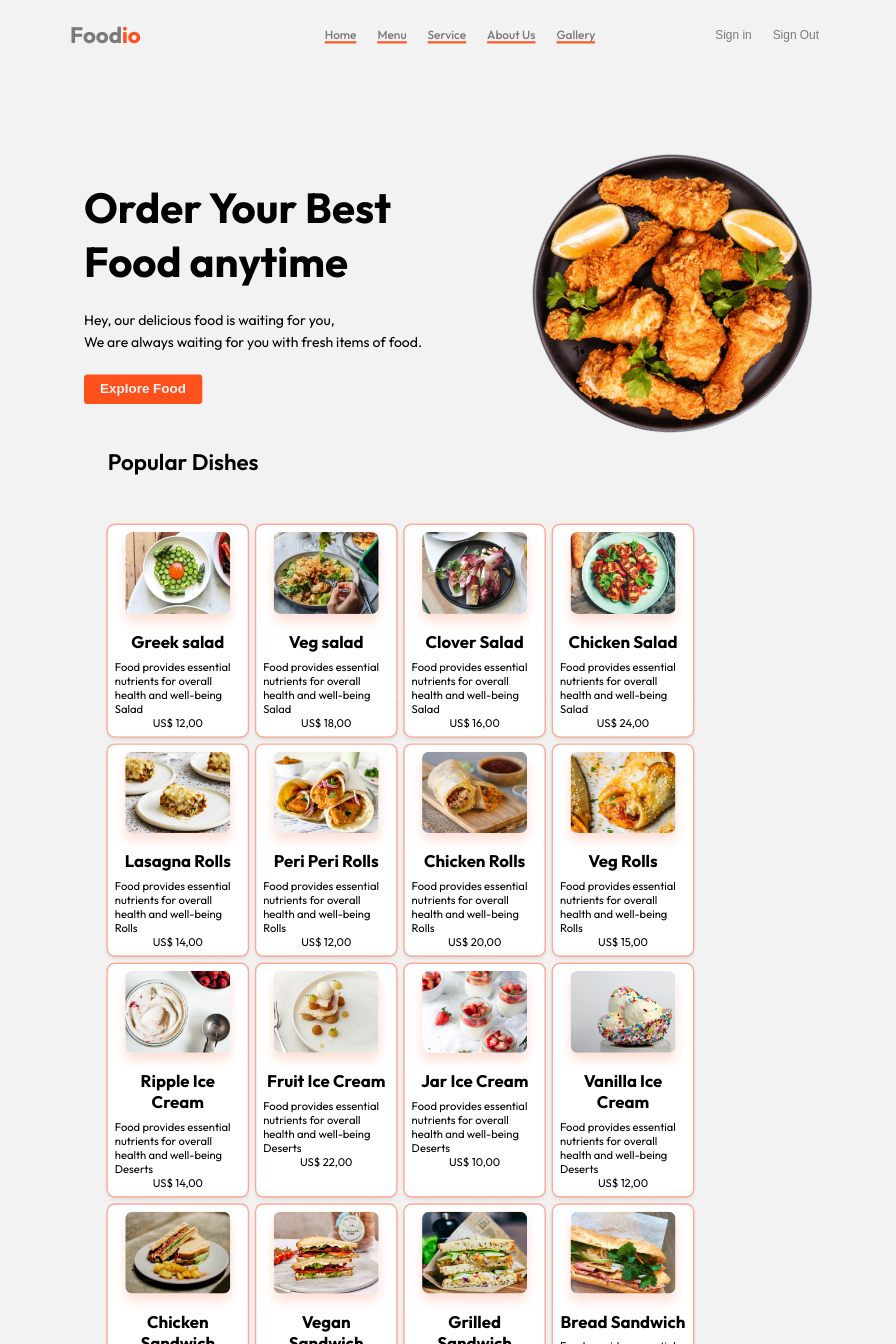
Repository: guilhermecardoso93/foodio
Page: /
An editor plug-in stored every save of this project. The page is shown before and after the next save, followed by the edit.
The browser window is 1280 px wide. The pictures show the part of the page from y = 0 to 1920 px (the page is 3417 px tall before and 3609 px after), at 70% of full size.
The project was rebuilt for these pictures with package versions that can differ from the ones it lists, and the page was loaded fresh each time. Also part of the build but not shown: vite.config.js, src/index.css.

Above is the page before, as saved 2024-11-05 20:20:39.

### index.html
<!doctype html>
<html lang="en">

<head>
    <meta charset="UTF-8" />
    <link rel="icon" type="image/svg+xml" href="/" />
    <link rel="preconnect" href="https://fonts.googleapis.com">
    <link rel="preconnect" href="https://fonts.gstatic.com" crossorigin>
    <link href="https://fonts.googleapis.com/css2?family=Inter:ital,opsz,wght@0,14..32,100..900;1,14..32,100..900&family=Outfit:wght@100..900&display=swap" rel="stylesheet">
    <meta name="viewport" content="width=device-width, initial-scale=1.0" />
    <title>Foodio</title>
</head>

<body>
    <div id="root"></div>
    <script type="module" src="/src/main.jsx"></script>
</body>

</html>

### src/main.jsx
import { StrictMode } from "react";
import { createRoot } from "react-dom/client";
import { App } from "./App.jsx";

import "./index.css";
createRoot(document.getElementById("root")).render(
  <StrictMode>
    <App />
  </StrictMode>
);

### src/App.jsx
import "./App.css";
import { Main } from "./components/Main";
import { Menu } from "./components/Menu";

export function App() {
  return (
    <>
      <Menu />
      <Main />
    </>
  );
}

### src/App.css
*, ::after, ::before {
  margin: 0;
  padding: 0;
  box-sizing: border-box;
}

body {
  margin: 0 100px;
  background-color: #f2f2f2;
  font-family: "Outfit", serif;
}

### src/components/Main/index.jsx
import imagem1 from "../../assets/images/image1.png";
import imagem5 from "../../assets/images/image5.png";
import { food_list } from "../../assets/assets";
import { CardItem } from "../CardItem";

import "./styles.css";

export function Main() {
  return (
    <main>
      <section className="grid">
        <div className="content">
          <div className="content-left">
            <div className="info">
              <h2>
                Order Your Best
                <br />
                Food anytime
              </h2>
              <p>
                Hey, our delicious food is waiting for you, <br /> We are always
                waiting for you with fresh items of food.
              </p>
            </div>
            <button>Explore Food</button>
          </div>
          <div className="content-right">
            <img src={imagem1} alt="" />
            <img src={imagem5} alt="" />
            <img src={imagem1} alt="" />{" "}
          </div>
        </div>
      </section>
      <section className="category">
        <div className="list-items">
          <h3>Popular Dishes</h3>
          <div className="card-list">
            {food_list.map((item, index) => {
              return (
                <CardItem
                  image={item.image}
                  name={item.name}
                  price={item.price}
                  description={item.description}
                  category={item.category}
                  key={index}
                />
              );
            })}
          </div>
        </div>
      </section>
    </main>
  );
}

### src/components/Menu/index.jsx
import "./styles.css";

export function Menu() {
  function toggleMenu() {}

  return (
    <div className="navbar">
      <div className="navbar-logo">
        <h1>
          Food<b>io</b>
        </h1>
      </div>
      <div className="hamburguer" onClick={toggleMenu()}>
        <span className="bar"></span>
        <span className="bar"></span>
        <span className="bar"></span>
      </div>
      <ul className="navbar-link">
        <li className="active">
          <a href="/">Home</a>
        </li>
        <li className="active">
          <a href="/">Menu</a>
        </li>
        <li className="active">
          <a href="/">Service</a>
        </li>
        <li className="active">
          <a href="/">About Us</a>
        </li>
        <li className="active">
          <a href="/">Gallery</a>
        </li>
      </ul>
      <div className="auth-buttons">
        <input type="submit" className="sign" value="Sign in" name="signin" />
        <input type="submit" className="sign" value="Sign Out" name="signout" />
      </div>
    </div>
  );
}

### src/assets/assets.js

import food_1 from './food/food_1.png'
import food_2 from './food/food_2.png'
import food_3 from './food/food_3.png'
import food_4 from './food/food_4.png'
import food_5 from './food/food_5.png'
import food_6 from './food/food_6.png'
import food_7 from './food/food_7.png'
import food_8 from './food/food_8.png'
import food_9 from './food/food_9.png'
import food_10 from './food/food_10.png'
import food_11 from './food/food_11.png'
import food_12 from './food/food_12.png'
import food_13 from './food/food_13.png'
import food_14 from './food/food_14.png'
import food_15 from './food/food_15.png'
import food_16 from './food/food_16.png'
import food_17 from './food/food_17.png'
import food_18 from './food/food_18.png'
import food_19 from './food/food_19.png'
import food_20 from './food/food_20.png'
import food_21 from './food/food_21.png'
import food_22 from './food/food_22.png'
import food_23 from './food/food_23.png'
import food_24 from './food/food_24.png'
import food_25 from './food/food_25.png'
import food_26 from './food/food_26.png'
import food_27 from './food/food_27.png'
import food_28 from './food/food_28.png'
import food_29 from './food/food_29.png'
import food_30 from './food/food_30.png'
import food_31 from './food/food_31.png'
import food_32 from './food/food_32.png'


export const food_list = [
    {
        _id: "1",
        name: "Greek salad",
        image: food_1,
        price: 12,
        description: "Food provides essential nutrients for overall health and well-being",
        category: "Salad"
    },
    {
        _id: "2",
        name: "Veg salad",
        image: food_2,
        price: 18,
        description: "Food provides essential nutrients for overall health and well-being",
        category: "Salad"
    }, {
        _id: "3",
        name: "Clover Salad",
        image: food_3,
        price: 16,
        description: "Food provides essential nutrients for overall health and well-being",
        category: "Salad"
    }, {
        _id: "4",
        name: "Chicken Salad",
        image: food_4,
        price: 24,
        description: "Food provides essential nutrients for overall health and well-being",
        category: "Salad"
    }, {
        _id: "5",
        name: "Lasagna Rolls",
        image: food_5,
        price: 14,
        description: "Food provides essential nutrients for overall health and well-being",
        category: "Rolls"
    }, {
        _id: "6",
        name: "Peri Peri Rolls",
        image: food_6,
        price: 12,
        description: "Food provides essential nutrients for overall health and well-being",
        category: "Rolls"
    }, {
        _id: "7",
        name: "Chicken Rolls",
        image: food_7,
        price: 20,
        description: "Food provides essential nutrients for overall health and well-being",
        category: "Rolls"
    }, {
        _id: "8",
        name: "Veg Rolls",
        image: food_8,
        price: 15,
        description: "Food provides essential nutrients for overall health and well-being",
        category: "Rolls"
    }, {
        _id: "9",
        name: "Ripple Ice Cream",
        image: food_9,
        price: 14,
        description: "Food provides essential nutrients for overall health and well-being",
        category: "Deserts"
    }, {
        _id: "10",
        name: "Fruit Ice Cream",
        image: food_10,
        price: 22,
        description: "Food provides essential nutrients for overall health and well-being",
        category: "Deserts"
    }, {
        _id: "11",
        name: "Jar Ice Cream",
        image: food_11,
        price: 10,
        description: "Food provides essential nutrients for overall health and well-being",
        category: "Deserts"
    }, {
        _id: "12",
        name: "Vanilla Ice Cream",
        image: food_12,
        price: 12,
        description: "Food provides essential nutrients for overall health and well-being",
        category: "Deserts"
    },
    {
        _id: "13",
        name: "Chicken Sandwich",
        image: food_13,
        price: 12,
        description: "Food provides essential nutrients for overall health and well-being",
        category: "Sandwich"
    },
    {
        _id: "14",
        name: "Vegan Sandwich",
        image: food_14,
        price: 18,
        description: "Food provides essential nutrients for overall health and well-being",
        category: "Sandwich"
    }, {
        _id: "15",
        name: "Grilled Sandwich",
        image: food_15,
        price: 16,
        description: "Food provides essential nutrients for overall health and well-being",
        category: "Sandwich"
    }, {
        _id: "16",
        name: "Bread Sandwich",
        image: food_16,
        price: 24,
        description: "Food provides essential nutrients for overall health and well-being",
        category: "Sandwich"
    }, {
        _id: "17",
        name: "Cup Cake",
        image: food_17,
        price: 14,
        description: "Food provides essential nutrients for overall health and well-being",
        category: "Cake"
    }, {
        _id: "18",
        name: "Vegan Cake",
        image: food_18,
        price: 12,
        description: "Food provides essential nutrients for overall health and well-being",
        category: "Cake"
    }, {
        _id: "19",
        name: "Butterscotch Cake",
        image: food_19,
        price: 20,
        description: "Food provides essential nutrients for overall health and well-being",
        category: "Cake"
    }, {
        _id: "20",
        name: "Sliced Cake",
        image: food_20,
        price: 15,
        description: "Food provides essential nutrients for overall health and well-being",
        category: "Cake"
    }, {
        _id: "21",
        name: "Garlic Mushroom ",
        image: food_21,
        price: 14,
        description: "Food provides essential nutrients for overall health and well-being",
        category: "Pure Veg"
    }, {
        _id: "22",
        name: "Fried Cauliflower",
        image: food_22,
        price: 22,
        description: "Food provides essential nutrients for overall health and well-being",
        category: "Pure Veg"
    }, {
        _id: "23",
        name: "Mix Veg Pulao",
        image: food_23,
        price: 10,
        description: "Food provides essential nutrients for overall health and well-being",
        category: "Pure Veg"
    }, {
        _id: "24",
        name: "Rice Zucchini",
        image: food_24,
        price: 12,
        description: "Food provides essential nutrients for overall health and well-being",
        category: "Pure Veg"
    },
    {
        _id: "25",
        name: "Cheese Pasta",
        image: food_25,
        price: 12,
        description: "Food provides essential nutrients for overall health and well-being",
        category: "Pasta"
    },
    {
        _id: "26",
        name: "Tomato Pasta",
        image: food_26,
        price: 18,
        description: "Food provides essential nutrients for overall health and well-being",
        category: "Pasta"
    }, {
        _id: "27",
        name: "Creamy Pasta",
        image: food_27,
        price: 16,
        description: "Food provides essential nutrients for overall health and well-being",
        category: "Pasta"
    }, {
        _id: "28",
        name: "Chicken Pasta",
        image: food_28,
        price: 24,
        description: "Food provides essential nutrients for overall health and well-being",
        category: "Pasta"
    }, {
        _id: "29",
        name: "Buttter Noodles",
        image: food_29,
        price: 14,
        description: "Food provides essential nutrients for overall health and well-being",
        category: "Noodles"
    }, {
        _id: "30",
        name: "Veg Noodles",
        image: food_30,
        price: 12,
        description: "Food provides essential nutrients for overall health and well-being",
        category: "Noodles"
    }, {
        _id: "31",
        name: "Somen Noodles",
        image: food_31,
        price: 20,
        description: "Food provides essential nutrients for overall health and well-being",
        category: "Noodles"
    }, {
        _id: "32",
        name: "Cooked Noodles",
        image: food_32,
        price: 15,
        description: "Food provides essential nutrients for overall health and well-being",
        category: "Noodles"
    }
]

### src/components/CardItem/index.jsx
import "./styles.css";

export function CardItem({ image, name, price, description, category }) {
  function formatarPreco(valor) {
    return new Intl.NumberFormat("pt-BR", {
      style: "currency",
      currency: "USD",
    }).format(valor);
  }

  return (
    <div className="card">
      <img src={image} alt="" />
      <div className="title">
        <h1>{name}</h1>
      </div>
      <div className="desc-food">
        <p>{description}</p>
        <p>{category}</p>
      </div>
      <div className="price">
        <span>{formatarPreco(price)}</span>
      </div>
    </div>
  );
}

### src/components/Main/styles.css
.content {
  display: grid;
  grid-template-columns: 50% auto;
  margin-top: 100px;
  gap: 30px;
  align-items: center;
  justify-content: space-between;
  width: 100%;
}

.content-left {
  display: block;
  width: 100%;
}

.content-left .info {
  max-width: 100%;
  display: flex;
  flex-direction: column;
}

.content-left .info h2 {
  font-size: 60px;
  margin-bottom: 30px;
}

.content-left .info p {
  font-size: 20px;
  line-height: 2pc;
  margin-bottom: 30px;
}

.content-left button {
  padding: 10px 23px;
  background-color: #ff511c;
  color: #f2f2f2;
  border-radius: 5px;
  border: none;
  cursor: pointer;
  font-weight: 600;
  font-size: 1.2rem;
  margin-bottom: 5px;
}

.content-left button:hover {
  color: #ff511c;
  background-color: #f2f2f2;
  border: solid 2px #ff511c;
  padding: 8px 21px;
}

.grid {
  width: 100%;
  max-width: 1200px;
  margin: 0 auto;
  padding: 20px;
}

.content-right {
  position: relative;
  height: 400px;
  width: 400px;
  display: flex;
  justify-content: center;
  align-items: center;
}

.content-right img {
  position: absolute;
  width: 100%;
  height: 100%;
  object-fit: cover;
  opacity: 0;
  animation: imageSwitch 15s infinite, rotate 3s linear infinite;
  transform-origin: center center;
}

.content-right img:nth-child(1) {
  animation-delay: 0s;
}

.content-right img:nth-child(2) {
  animation-delay: 5s;
}

.content-right img:nth-child(3) {
  animation-delay: 10s;
}

@keyframes rotate {
  from {
    transform: rotate(0deg);
  }

  to {
    transform: rotate(360deg);
  }
}

@keyframes imageSwitch {
  0%, 33% {
    opacity: 1;
  }

  34%, 100% {
    opacity: 0;
  }
}

.category {
  width: 100%;
  display: flex;
  margin-bottom: 50px;
  justify-content: center;
}

.category .list-items {
  width: 90%;
  position: relative;
  position: relative;
}

.category .list-items h3 {
  font-size: 2rem;
  font-weight: 600;
  margin-bottom: 70px;
}

.category .list-items .card-list {
  display: flex;
  flex-wrap: wrap;
  gap: 12px;
}

### src/components/Menu/styles.css
.navbar {
  width: 100%;
  display: flex;
  justify-content: space-between;
  align-items: center;
  padding: 30px 0;
}

.navbar-logo {
  font-weight: 600;
  color: rgb(122, 122, 122);
}

.navbar-logo b {
  color: #ff511c;
}

.navbar-link {
  display: flex;
  list-style: none;
}

.navbar-link li {
  margin-right: 30px;
}

.navbar-link li a {
  text-decoration: none;
  color: rgb(122, 122, 122);
  font-weight: 500;
  font-size: 17px;
}

.navbar-link li a:hover {
  color: #ff511c;
}

.navbar-link .active::after {
  content: "";
  width: 100%;
  height: 3px;
  background-color: #ff511c;
  display: flex;
  position: relative;
  margin-top: 3x;
}

.auth-buttons {
  display: flex;
  align-items: center;
  gap: 10px;
}

input {
  padding: 10px;
  cursor: pointer;
  font-weight: 600;
}

.sign {
  background: transparent;
  border: none;
  color: rgb(122, 122, 122);
  font-weight: 500;
  font-size: 17px;
  text-decoration: none;
}

.sign:hover {
  background-color: #ff511c;
  border-radius: 10px;
  color: black;
}

### src/components/CardItem/styles.css
.card {
  width: 200px;
  min-height: 250px;
  /* Define uma altura mínima para o cartão */
  display: flex;
  flex-direction: column;
  align-items: center;
  padding: 10px;
  border-radius: 10px;
  position: relative;
  background-color: #ffffff;
  outline: 2px solid #ffaa96;
  box-shadow: 0 4px 8px rgba(0, 0, 0, 0.1);
}

.card img {
  width: 100%;
  max-width: 150px;
  height: auto;
  border-radius: 10px;
  object-fit: cover;
  object-position: center;
  background-repeat: no-repeat;
  box-shadow: 0 10px 15px rgba(250, 173, 150, 0.4);
  /* Ajusta a sombra */
  margin-bottom: 15px;
  /* Espaço entre a imagem e o conteúdo abaixo */
}

.card .title {
  padding: 10px 0 10px;
}

.card .title h1 {
  text-align: center;
  font-weight: bold;
  font-size: 1.5rem;
}

.card-content {
  text-align: center;
  /* Centraliza o conteúdo */
  padding: 5px;
}

After the next save:
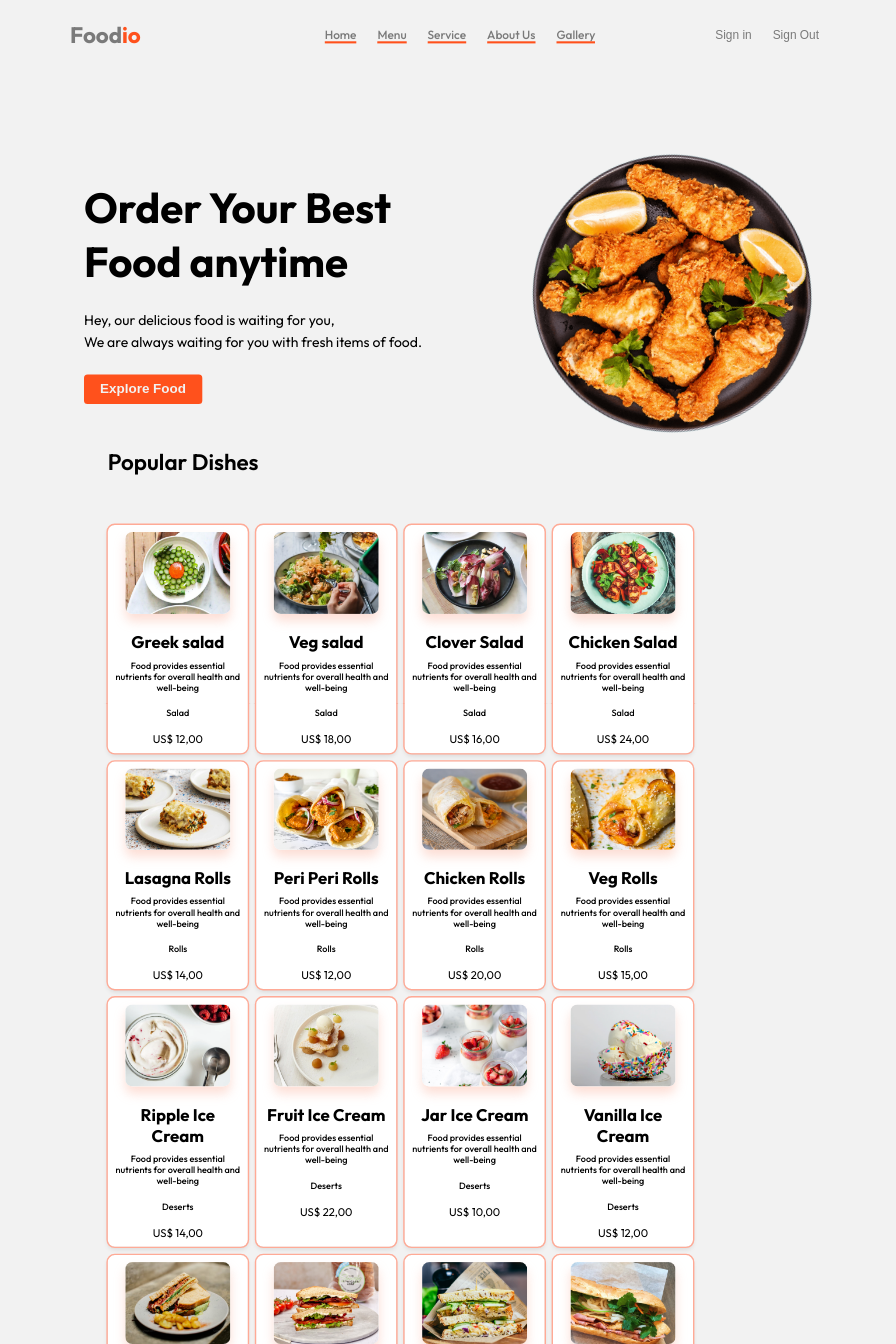
Saved 69 s later.
--- a/src/components/CardItem/styles.css
+++ b/src/components/CardItem/styles.css
@@ -37,6 +37,12 @@
   font-size: 1.5rem;
 }
 
+.desc-food p {
+  font-size: 13px;
+  text-align: center;
+  font-weight: 500;
+  margin-bottom: 20px;
+}
 .card-content {
   text-align: center;
   /* Centraliza o conteúdo */
